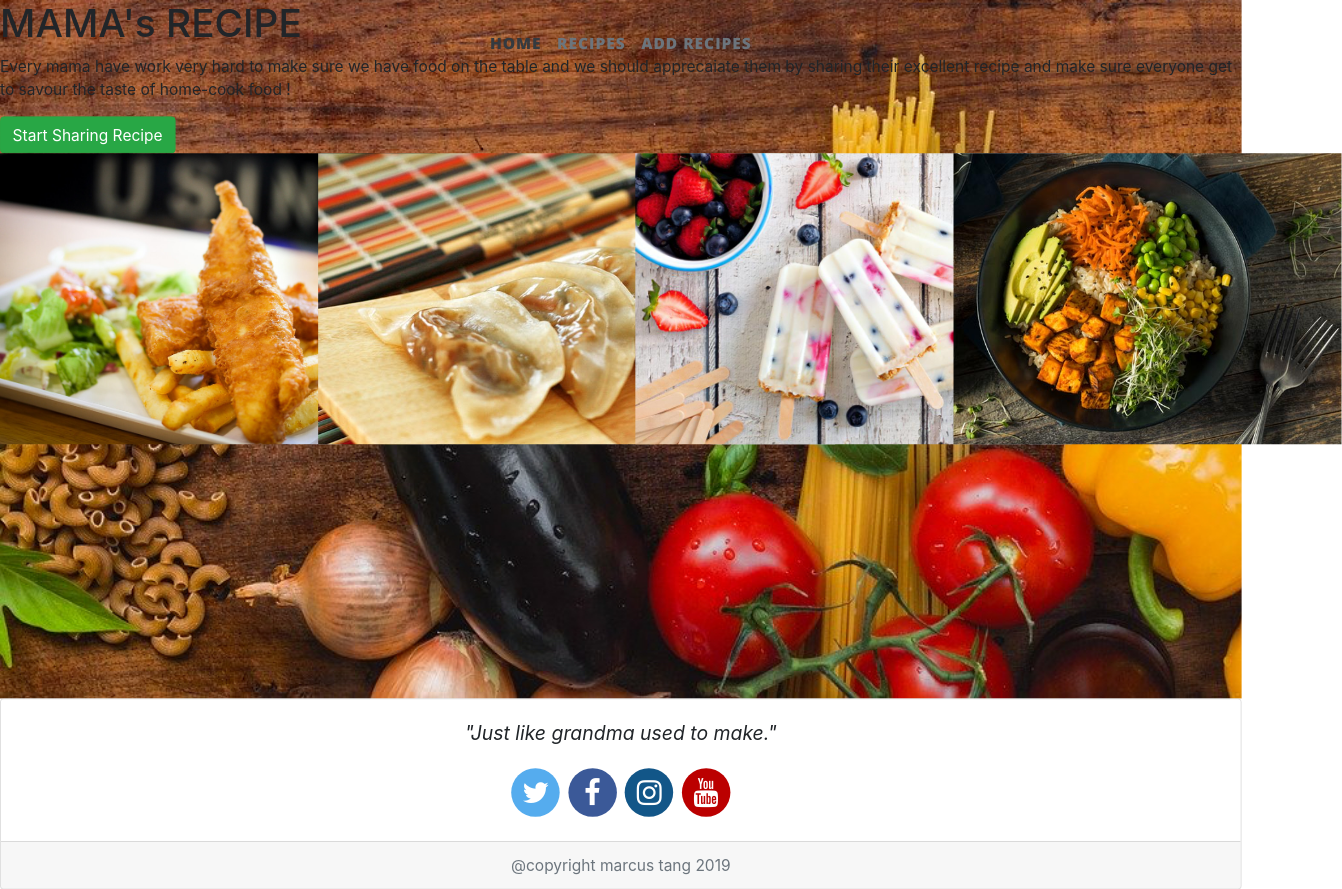
Repository: marstangg/mamasrecipes
Page: templates/index.html
The author's editor kept a record of every edit. The page is drawn from the files as they stood at one moment, then again after the next edit.
The browser window is 1280 px wide. The page is 1383 px wide, so the pictures cover 1383 px, including what lies to the right of the window. The pictures show the whole page, at 97% of full size.
Some web libraries are served in a nearby version. The template is drawn by Flask 3. The application's start-up code is not run. Other server files are loaded and not shown. The template is opened directly, without the code that normally fills it, so the values that code supplies are empty.

Above is the page before.

### templates/index.html
{% extends 'base.html' %}

{% block content %}
<main class='container-fluid p-0'>
  <!--Page Header -->
  <header class="masthead">
    <div>
      <h1>MAMA's RECIPE</h1>
      <p>Every mama have work very hard to make sure we have food on the table and we should apprecaiate them by sharing their excellent recipe and make sure everyone get to savour the taste of home-cook food !</p>
      <div class="btn btn-success">Start Sharing Recipe</div>
    </div>
    <!--<div class="overlay"></div>-->
    <!--<div class="container">-->
    <!--  <div class="row">-->
    <!--    <div class="col-lg-8 col-md-10 mx-auto">-->
    <!--      <div class="site-heading">-->
    <!--        <h1>Mamas Recipes</h1>-->
    <!--        <span class="subheading">For Everyone</span>-->
    <!--      </div>-->
    <!--    </div>-->
    <!--  </div>-->
    </div>
  </header>
  <!--MENU -->
  <div class="row">
    <div class="col-3 menu-box">
      <img src="static/img/western.jpg" alt="western">
    </div>
    <div class="col-3 menu-box">
      <img src="static/img/gyoza.jpg" alt="asian">
    </div>
    <div class="col-3 menu-box">
      <img src="static/img/dessert.jpg" alt="dessert">
    </div>
    <div class="col-3 menu-box">
      <img src="static/img/vege.jpg" alt="veg">
    </div>
  </div>
</main>
{% endblock %}

### templates/base.html
<!doctype html>
<html lang="en">

<head>
  <!-- Required meta tags -->
  <meta charset="utf-8">
  <meta name="viewport" content="width=device-width, initial-scale=1, shrink-to-fit=no">

  <!-- Custom fonts for this template -->
  <link rel="stylesheet" href="https://cdnjs.cloudflare.com/ajax/libs/font-awesome/4.7.0/css/font-awesome.min.css">
  <link href='https://fonts.googleapis.com/css?family=Lora:400,700,400italic,700italic' rel='stylesheet' type='text/css'>
  <link href='https://fonts.googleapis.com/css?family=Open+Sans:300italic,400italic,600italic,700italic,800italic,400,300,600,700,800' rel='stylesheet' type='text/css'>

  <!-- Bootstrap CSS -->
  <link rel="stylesheet" href="https://maxcdn.bootstrapcdn.com/bootstrap/4.0.0/css/bootstrap.min.css" integrity="sha384-Gn5384xqQ1aoWXA+058RXPxPg6fy4IWvTNh0E263XmFcJlSAwiGgFAW/dAiS6JXm" crossorigin="anonymous">

  <!-- Custom styles for this template -->
  <link href="/static/css/style.css" rel="stylesheet">

  <title>Mama's Recipe | A portal for everyone to share their mama's recipes</title>
</head>

<body>
  <!-- Navigation -->
  <nav class="navbar navbar-expand-lg navbar-light fixed-top {% block navbg %} bg-transparent {% endblock %}" id="mainNav">
    <div class="container">

      <button class="navbar-toggler navbar-toggler-right text-white" type="button" data-toggle="collapse" data-target="#navbarResponsive" aria-controls="navbarResponsive" aria-expanded="false" aria-label="Toggle navigation">
        Menu
      </button> {% block navbrand %} {% endblock %}
      <div class="collapse navbar-collapse" id="navbarResponsive">
        <ul class="navbar-nav mx-auto mt-4">
          <a class="nav-item mx-2 {% block navhome %} text-dark {% endblock %}" href="{{url_for('index')}}"> Home </a>
          <a class="nav-item mx-2 {% block navrecipes %} text-secondary {% endblock %}" href="{{url_for('recipes')}}"> Recipes</a>
          <a class="nav-item mx-2 {% block navadd %} text-secondary {% endblock %}" href="{{url_for('recipe_add')}}"> Add Recipes</a>
        </ul>
      </div>
    </div>
  </nav>

  {% block content %} {% endblock %}

  <footer>
    <div class="card text-center">
      <div class="card-body">
        <!--<h5 class="card-title">""</h5>-->
        <blockquote class="blockquote">
          <p class="mb-0 font-italic">"Just like grandma used to make."</p>
        </blockquote>

        <div>
          <a href="#" class="fa fa-twitter"></a>
          <a href="#" class="fa fa-facebook"></a>
          <a href="#" class="fa fa-instagram"></a>
          <a href="#" class="fa fa-youtube"></a>
    </div>

      </div>
      <div class="card-footer text-muted">
        @copyright marcus tang 2019
      </div>
    </div>
  </footer>
  <!-- Optional JavaScript -->
  <!-- jQuery first, then Popper.js, then Bootstrap JS -->
  <script src="https://code.jquery.com/jquery-3.2.1.slim.min.js" integrity="sha384-KJ3o2DKtIkvYIK3UENzmM7KCkRr/rE9/Qpg6aAZGJwFDMVNA/GpGFF93hXpG5KkN" crossorigin="anonymous"></script>
  <script src="https://cdnjs.cloudflare.com/ajax/libs/popper.js/1.12.9/umd/popper.min.js" integrity="sha384-ApNbgh9B+Y1QKtv3Rn7W3mgPxhU9K/ScQsAP7hUibX39j7fakFPskvXusvfa0b4Q" crossorigin="anonymous"></script>
  <script src="https://maxcdn.bootstrapcdn.com/bootstrap/4.0.0/js/bootstrap.min.js" integrity="sha384-JZR6Spejh4U02d8jOt6vLEHfe/JQGiRRSQQxSfFWpi1MquVdAyjUar5+76PVCmYl" crossorigin="anonymous"></script>
</body>

</html>

Loaded but not shown: static/css/style.css (common file)

After the next edit:
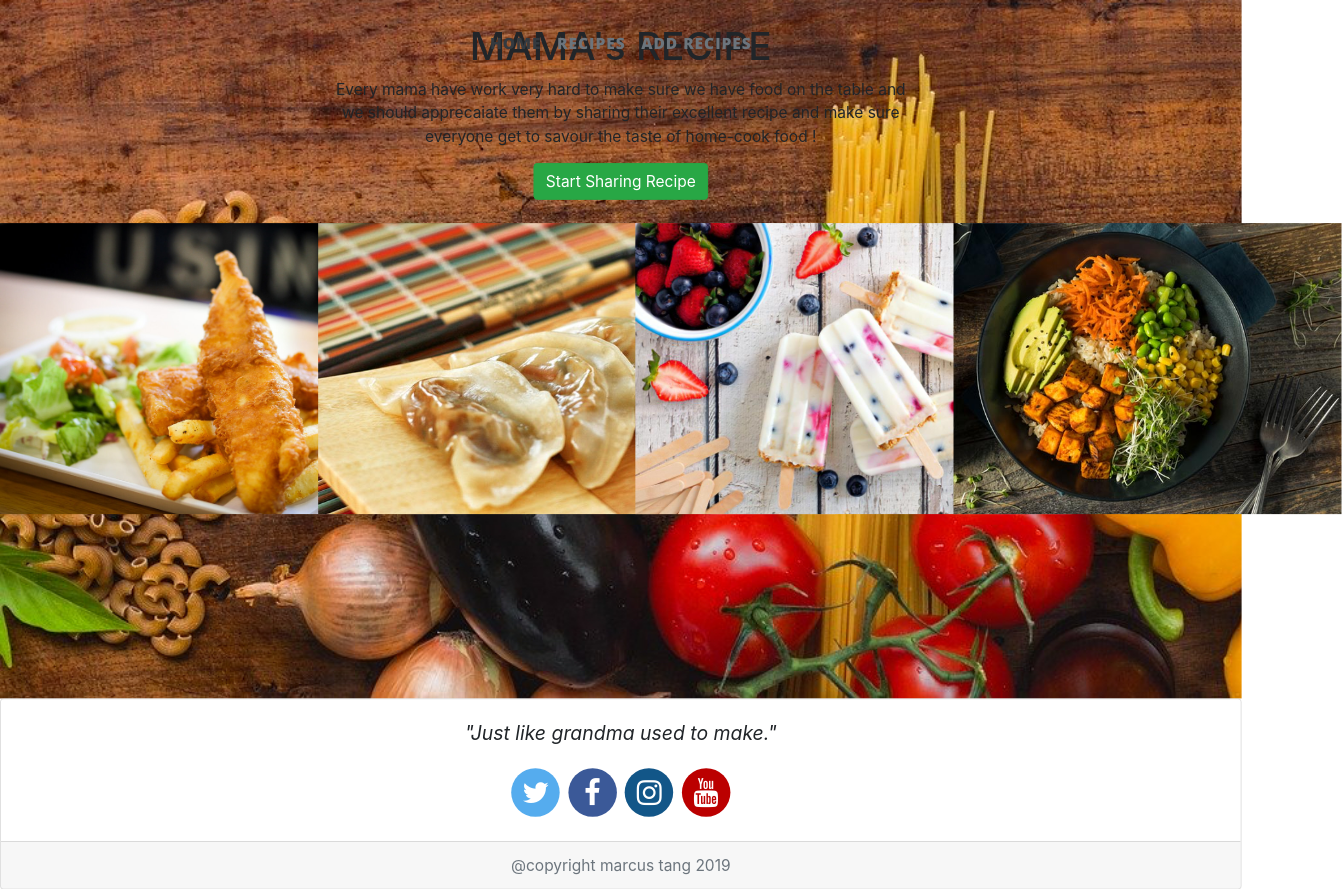
The edit:
--- a/templates/index.html
+++ b/templates/index.html
@@ -3,8 +3,8 @@
 {% block content %}
 <main class='container-fluid p-0'>
   <!--Page Header -->
-  <header class="masthead">
-    <div>
+  <header class="masthead d-flex justify-content-center align-items-center">
+    <div class='w-50 p-4 text-center'>
       <h1>MAMA's RECIPE</h1>
       <p>Every mama have work very hard to make sure we have food on the table and we should apprecaiate them by sharing their excellent recipe and make sure everyone get to savour the taste of home-cook food !</p>
       <div class="btn btn-success">Start Sharing Recipe</div>
